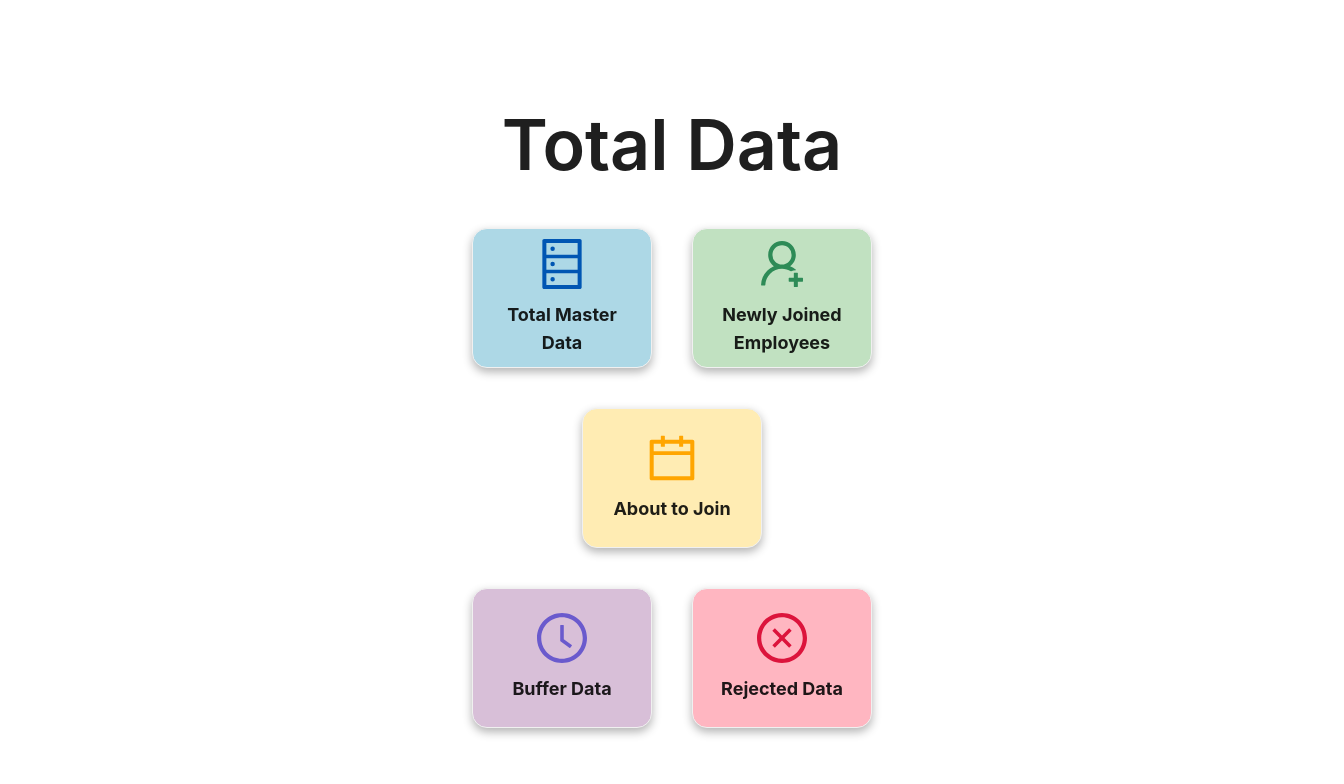
Repository: Moqueed/Delta_Iot
Page: /total-data (app in client/)
The author's editor kept a copy of each file at every save. The page is drawn from the files as they stood at one save, then again after the next save.
The browser window is 1280 px wide. The page is 1344 px wide, so the pictures cover 1344 px, including what lies to the right of the window. The pictures show the whole page.
The project was rebuilt for these pictures with package versions that can differ from the ones it lists, and the page was loaded fresh each time. Also part of the build but not shown: client/vite.config.js, client/src/api/index.js, client/src/api/users.js, client/src/pages/Register/index.jsx, client/src/pages/Login/index.jsx, client/src/components/ProtectedRoute.jsx, client/src/pages/HR/HRDashboard.jsx, client/src/pages/Admin/AdminDashboard.jsx.

Above is the page before, as saved 2025-03-13 23:14:09.

### client/src/App.jsx
import { Route, Routes } from "react-router-dom";
import "./App.css";
import RegisterPage from "./pages/Register";
import LoginPage from "./pages/Login";
import ProtectedRoute from "./components/ProtectedRoute";
import HRDashboard from "./pages/HR/HRDashboard";
import AdminDashboard from "./pages/Admin/AdminDashboard";
import TotalDataPage from "./pages/HR/TotalDataPage";

function App() {
  return (
    <>
      <Routes>
        <Route path="/register" element={<RegisterPage />} />
        <Route path="/login" element={<LoginPage />} />
        <Route
          path="/hr-dashboard"
          element={
            <ProtectedRoute role="HR">
              <HRDashboard />
            </ProtectedRoute>
          }
        />
        <Route
          path="/admin-dashboard"
          element={
            <ProtectedRoute role="Admin">
              <AdminDashboard />
            </ProtectedRoute>
          }
        />
        <Route path="*" element={<LoginPage />} />
        <Route path="/total-data" element={<TotalDataPage/>}/>
      </Routes>
    </>
  );
}

export default App;

### client/src/pages/HR/TotalDataPage.jsx
import React from "react";
import { Card, Typography } from "antd";
import { DatabaseOutlined, UserAddOutlined, CalendarOutlined, ClockCircleOutlined, CloseCircleOutlined } from "@ant-design/icons";

const { Title } = Typography;

const TotalDataPage = () => {
  const sections = [
    { title: "Total Master Data", color: "#ADD8E6", icon: <DatabaseOutlined style={{ fontSize: "50px", color: "#0056b3" }} /> },
    { title: "Newly Joined Employees", color: "#C1E1C1", icon: <UserAddOutlined style={{ fontSize: "50px", color: "#2E8B57" }} /> },
    { title: "About to Join", color: "#FFECB3", icon: <CalendarOutlined style={{ fontSize: "50px", color: "#FFA500" }} /> },
    { title: "Buffer Data", color: "#D8BFD8", icon: <ClockCircleOutlined style={{ fontSize: "50px", color: "#6A5ACD" }} /> },
    { title: "Rejected Data", color: "#FFB6C1", icon: <CloseCircleOutlined style={{ fontSize: "50px", color: "#DC143C" }} /> },
  ];

  const cardStyle = {
    width: "180px",
    height: "140px",
    display: "flex",
    flexDirection: "column",
    alignItems: "center",
    justifyContent: "center",
    borderRadius: "15px",
    boxShadow: "0 4px 10px rgba(0, 0, 0, 0.3)",
    fontWeight: "bold",
    fontSize: "18px",
    cursor: "pointer",
    transition: "transform 0.3s ease, box-shadow 0.3s ease",
  };

  const handleHover = (e) => {
    e.currentTarget.style.transform = "scale(1.1)";
    e.currentTarget.style.boxShadow = "0 8px 20px rgba(0, 0, 0, 0.5)";
  };

  const handleLeave = (e) => {
    e.currentTarget.style.transform = "scale(1)";
    e.currentTarget.style.boxShadow = "0 4px 10px rgba(0, 0, 0, 0.3)";
  };

  return (
    <div
      style={{
        height: "100vh",
        width: "100vw",
        display: "flex",
        flexDirection: "column",
        alignItems: "center",
        justifyContent: "center",
        backgroundColor: "#ffffff",
        gap: "20px",
        overflow: "hidden",
      }}
    >
      <Title level={1} style={{ marginBottom: "20px", fontSize: "70px" }}>
        Total Data
      </Title>

      <div style={{
        display: "grid",
        gridTemplateColumns: "1fr 1fr",
        gridTemplateRows: "1fr 1fr 1fr",
        gap: "40px",
        justifyItems: "center",
        alignItems: "center"
      }}>
        <Card
          style={{ ...cardStyle, backgroundColor: sections[0].color }}
          onMouseEnter={handleHover}
          onMouseLeave={handleLeave}
        >
          {sections[0].icon}
          <div style={{ marginTop: "10px" }}>{sections[0].title}</div>
        </Card>
        <Card
          style={{ ...cardStyle, backgroundColor: sections[1].color }}
          onMouseEnter={handleHover}
          onMouseLeave={handleLeave}
        >
          {sections[1].icon}
          <div style={{ marginTop: "10px" }}>{sections[1].title}</div>
        </Card>
        <Card
          style={{ ...cardStyle, backgroundColor: sections[2].color, gridColumn: "1 / 3" }}
          onMouseEnter={handleHover}
          onMouseLeave={handleLeave}
        >
          {sections[2].icon}
          <div style={{ marginTop: "10px" }}>{sections[2].title}</div>
        </Card>
        <Card
          style={{ ...cardStyle, backgroundColor: sections[3].color }}
          onMouseEnter={handleHover}
          onMouseLeave={handleLeave}
        >
          {sections[3].icon}
          <div style={{ marginTop: "10px" }}>{sections[3].title}</div>
        </Card>
        <Card
          style={{ ...cardStyle, backgroundColor: sections[4].color }}
          onMouseEnter={handleHover}
          onMouseLeave={handleLeave}
        >
          {sections[4].icon}
          <div style={{ marginTop: "10px" }}>{sections[4].title}</div>
        </Card>
      </div>
    </div>
  );
};

export default TotalDataPage;

Loaded but not shown: client/index.html (common file); client/src/main.jsx (common file); client/src/index.css (common file); client/src/App.css (common file)

After the next save:
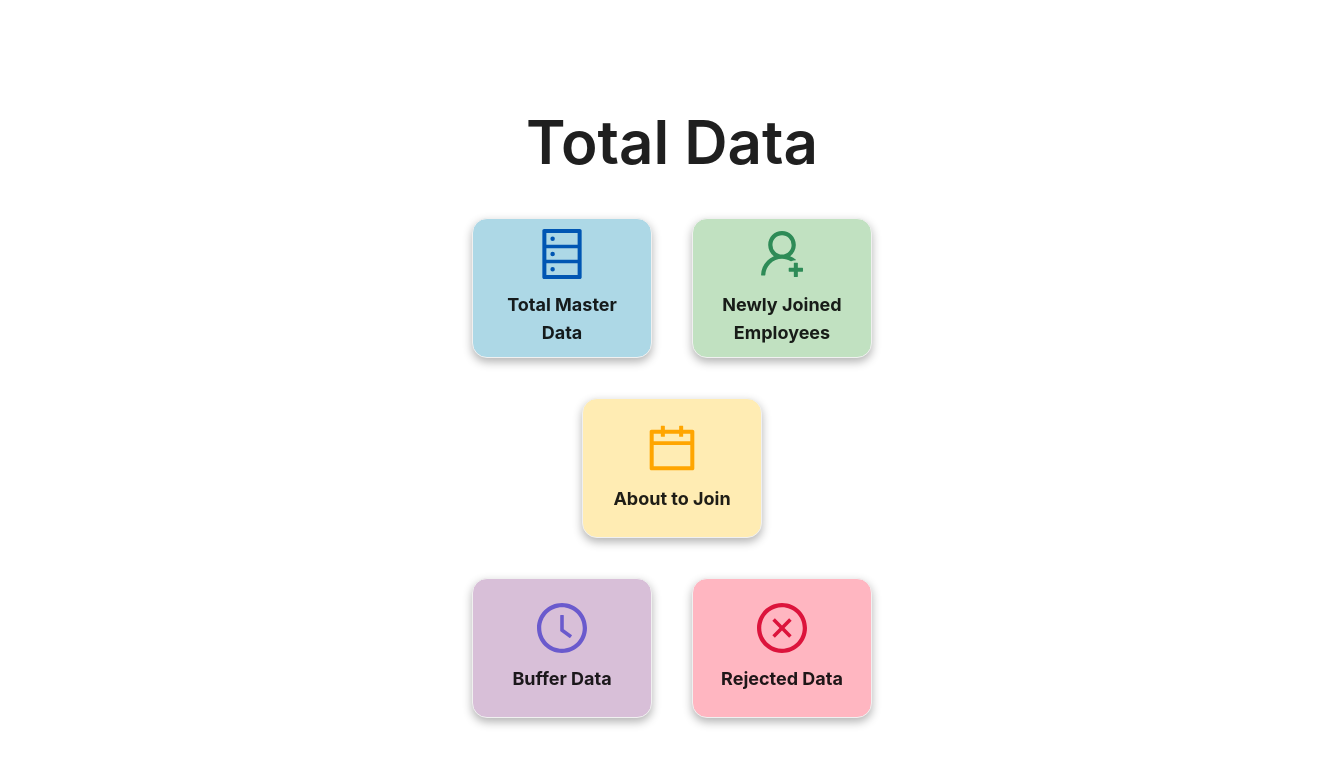
Saved 7 s later.
--- a/client/src/pages/HR/TotalDataPage.jsx
+++ b/client/src/pages/HR/TotalDataPage.jsx
@@ -52,7 +52,7 @@ const TotalDataPage = () => {
         overflow: "hidden",
       }}
     >
-      <Title level={1} style={{ marginBottom: "20px", fontSize: "70px" }}>
+      <Title level={1} style={{ marginBottom: "20px", fontSize: "60px" }}>
         Total Data
       </Title>
 
